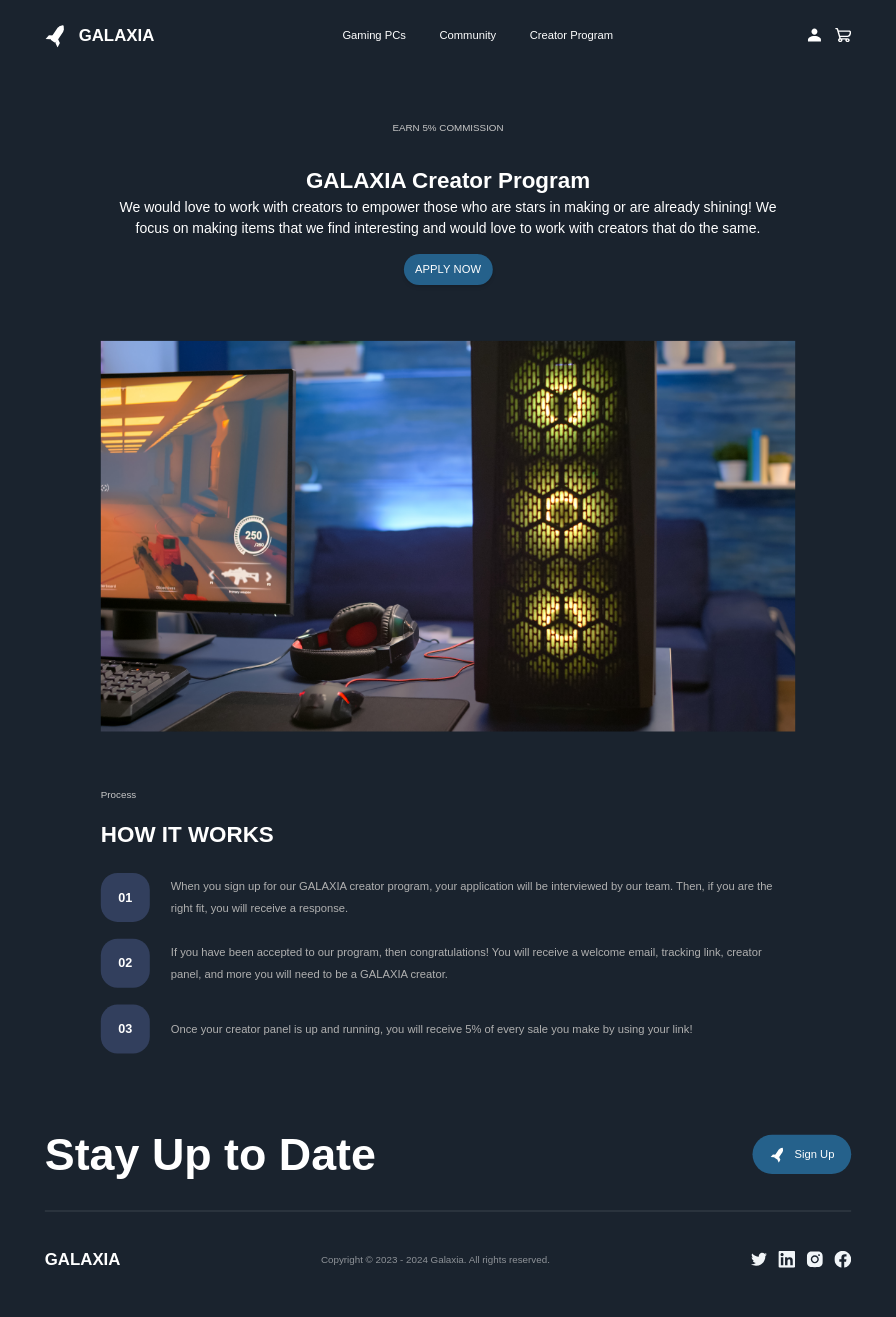
Repository: kaitlynlie/galaxia_pcs
Page: /creator
These files come from the project's save history. The page is drawn as it stood at one moment and after the next save; the edit follows.
The browser window is 1280 px wide. The pictures show the whole page, at 70% of full size.
Some web fonts or font styles are not loaded; a fallback is used. The project was rebuilt for these pictures with package versions that can differ from the ones it lists, and the page was loaded fresh each time. Also part of the build but not shown: vite.config.js, components/Button.jsx, components/PCcard.jsx, sections/Hero.jsx, sections/Triton.jsx, sections/Neptune.jsx, sections/Jupiter.jsx, sections/WhyUs.jsx and 7 more. Imported but missing from the stored project, and not drawn on this page: src/assets/video.mp4.

Above is the page before, as saved 2023-08-08 16:04:09.

After the next save:
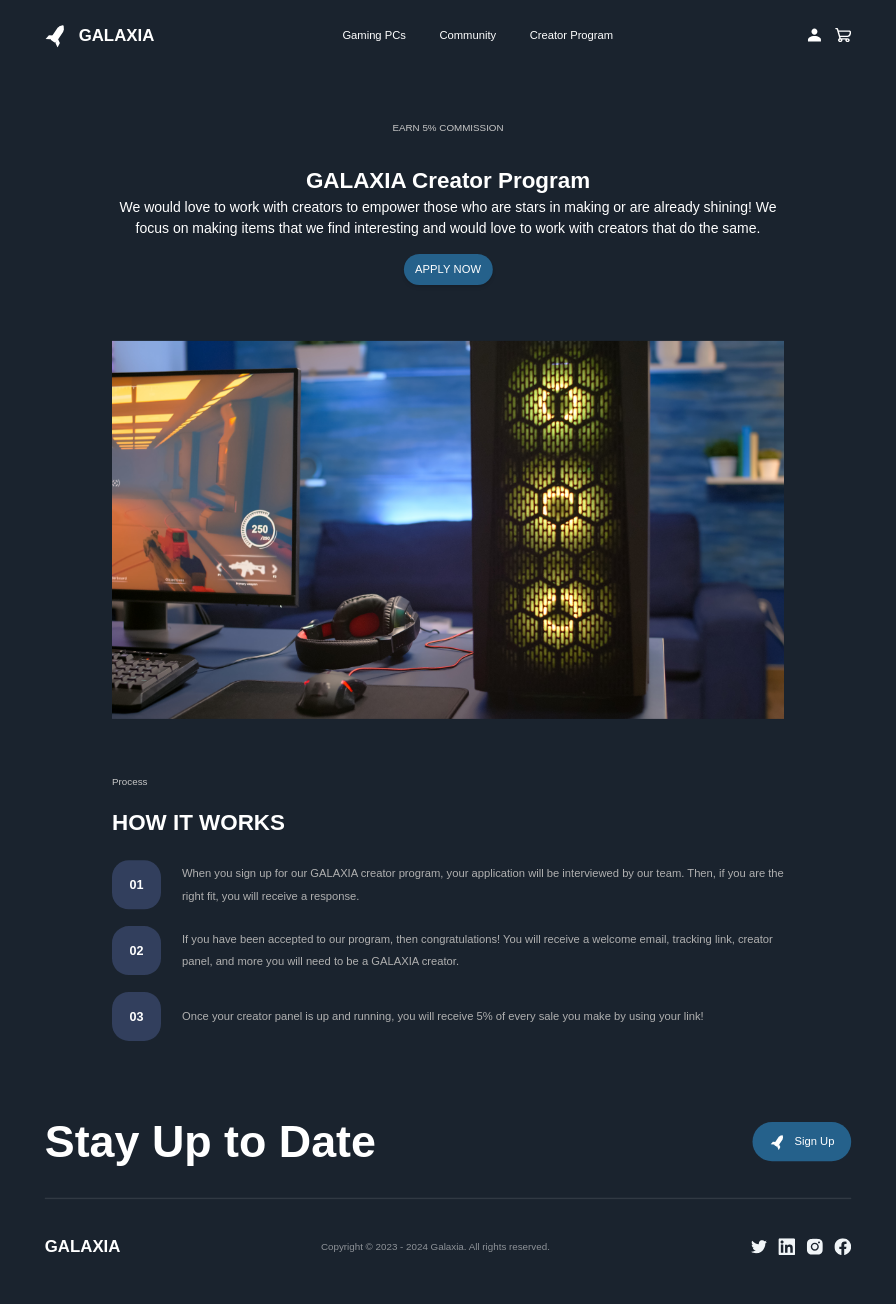
Saved 16 s later.
--- a/sections/Program.jsx
+++ b/sections/Program.jsx
@@ -21,7 +21,7 @@
         </div>
 
         <div
-          className="flex justify-center items-center flex-col mt-20 max-[549px]:px-0 px-20 relative">
+          className="flex justify-center items-center flex-col mt-20 max-[549px]:px-0 px-24 relative">
             <img
                 src='/creator.jpg'
                 alt='creator'

After the save that followed:
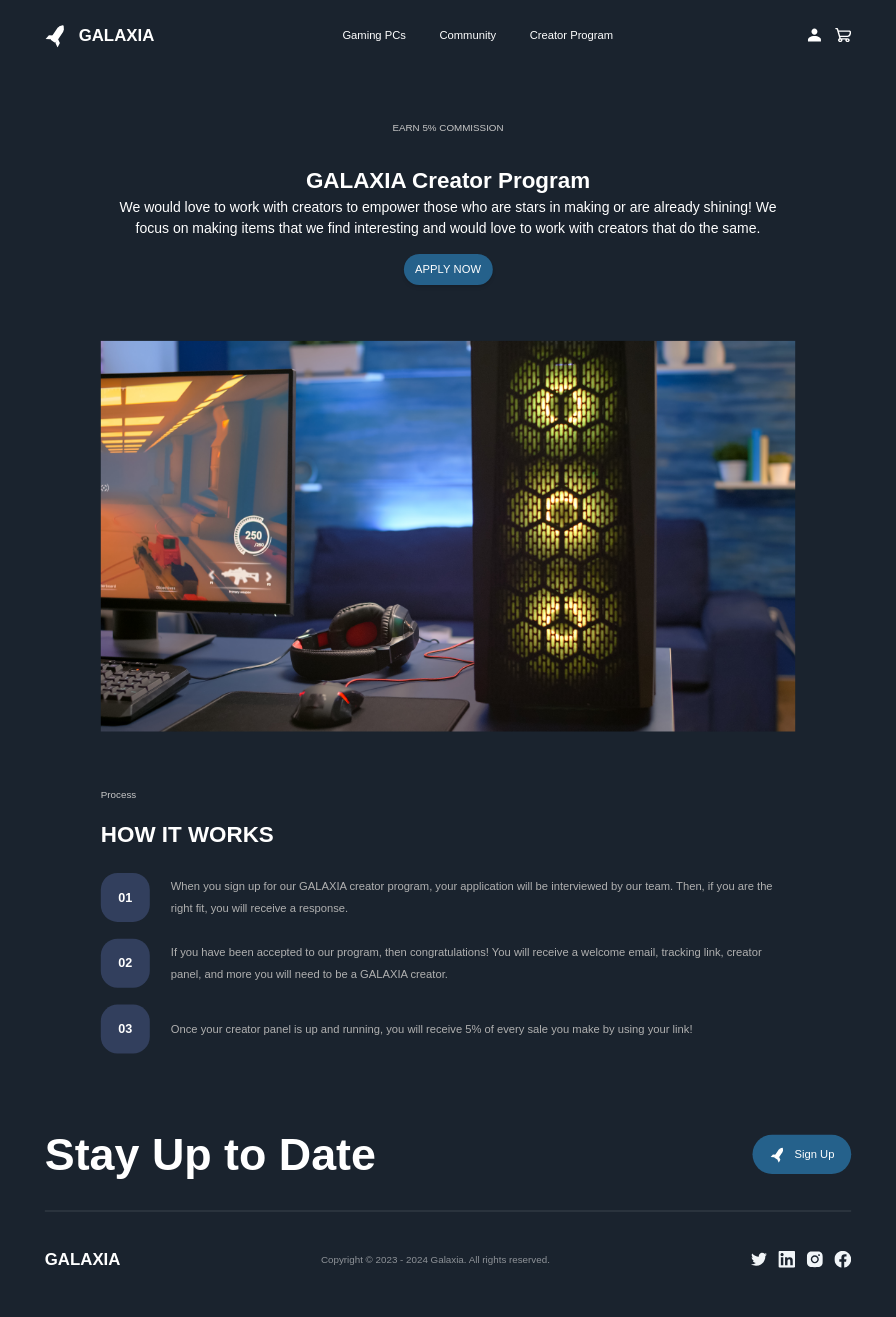
Saved 37 s later.
--- a/sections/Program.jsx
+++ b/sections/Program.jsx
@@ -21,7 +21,7 @@
         </div>
 
         <div
-          className="flex justify-center items-center flex-col mt-20 max-[549px]:px-0 px-24 relative">
+          className="flex justify-center items-center flex-col mt-20 max-[549px]:px-0 px-20 relative">
             <img
                 src='/creator.jpg'
                 alt='creator'
